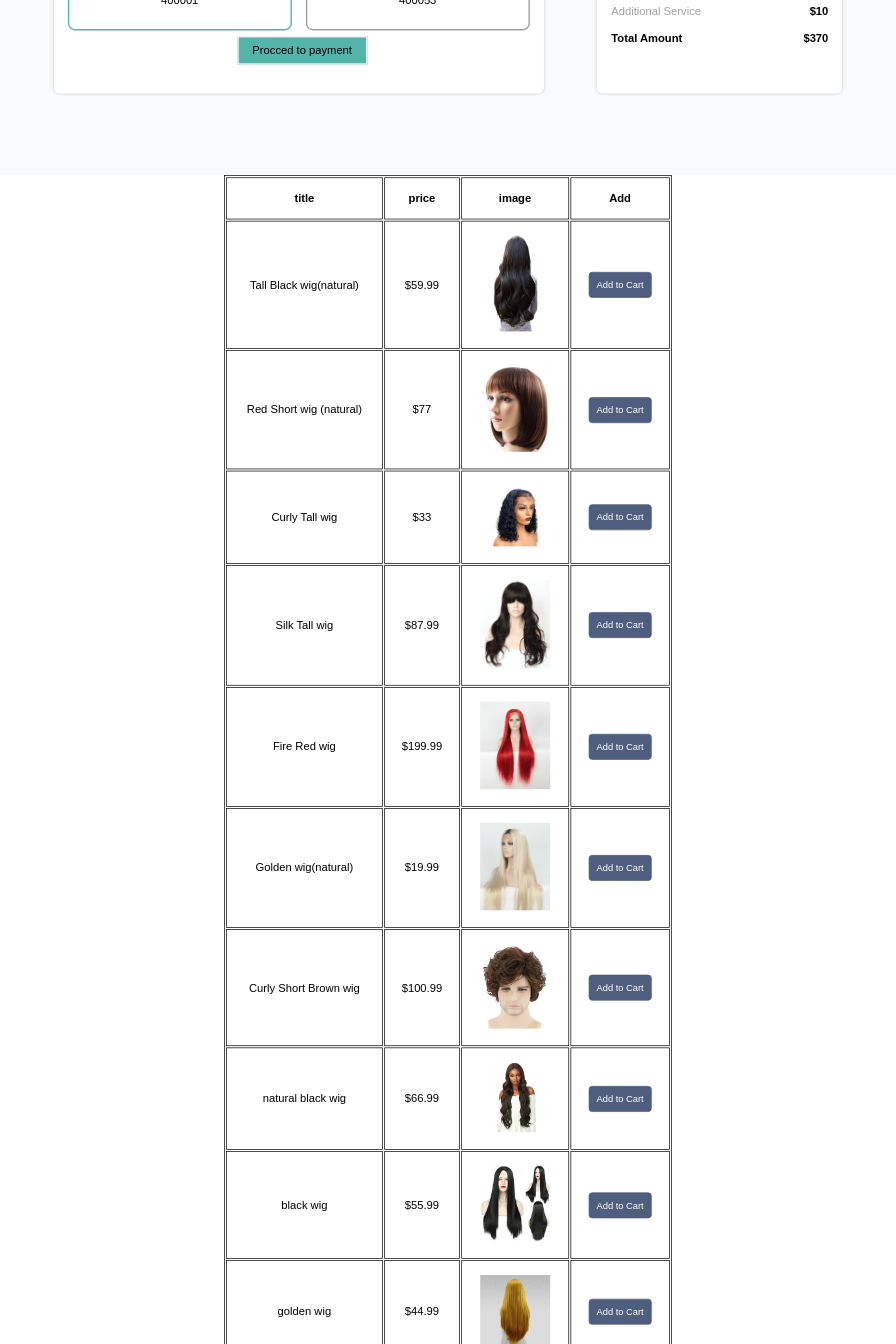
Repository: Zzero202/Zzero202
Page: index.html
The author's editor kept a copy of each file at every save. The page is drawn from the files as they stood at one save, then again after the next save.
The browser window is 1280 px wide. The pictures show the part of the page from y = 2679 to 4599 px (the page is 5025 px tall), at 70% of full size.
A picture or video elsewhere on the page could not be fetched, so the positions and the page height are approximate.

Above is the page before, as saved 2021-12-09 01:58:07.

After the next save:
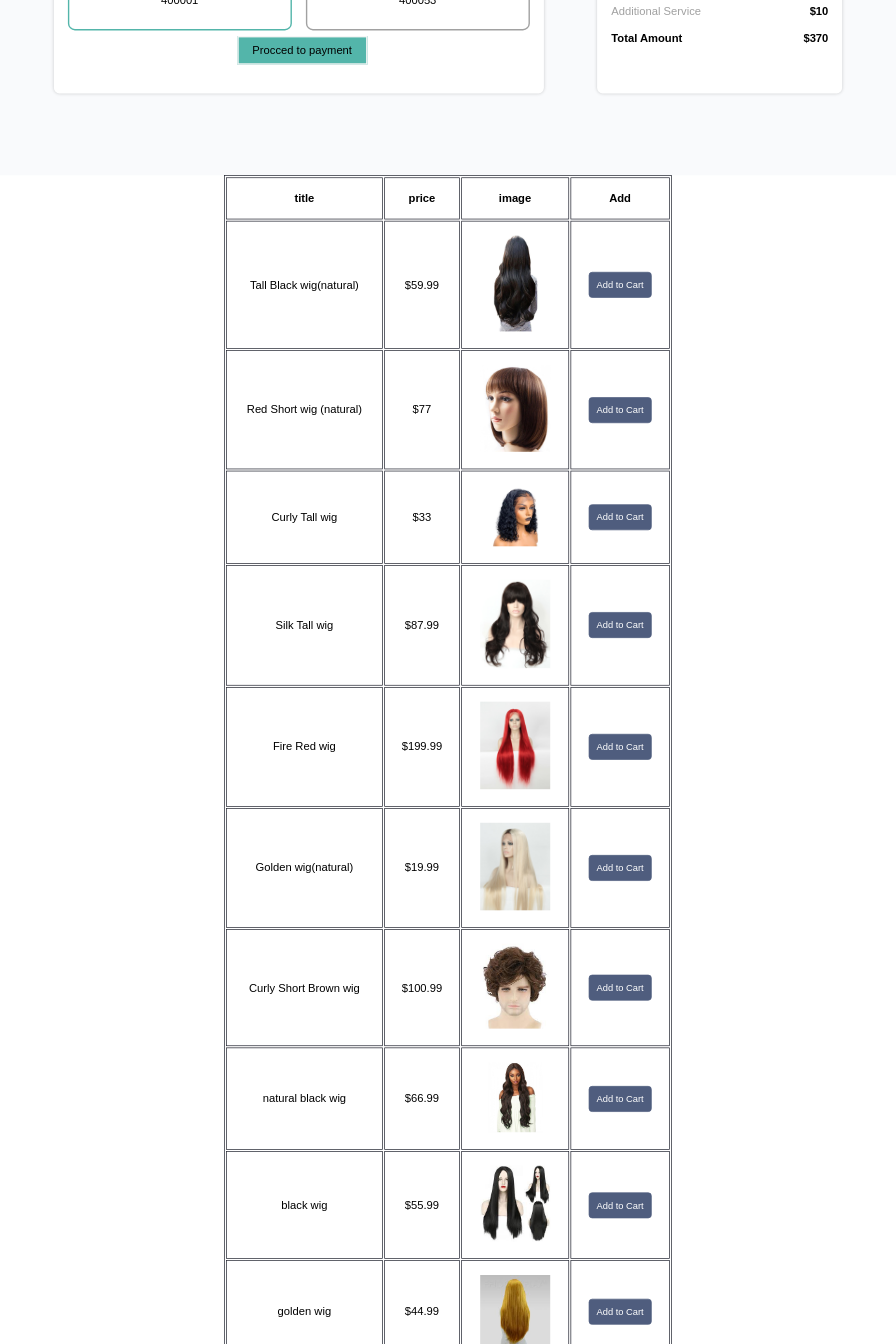
Saved 21 s later.
--- a/index.html
+++ b/index.html
@@ -738,12 +738,12 @@ footer a {
 </html>
 <style>
   table{
-    border:1px solid black;
+    border:1px solid #1e212d;
     width:50%;
     margin: auto;
   }
   table tr td,th{
-    border: 1px solid black;
+    border: 1px solid #1e212d;
     padding:20px;
   }
   table tr td button{
